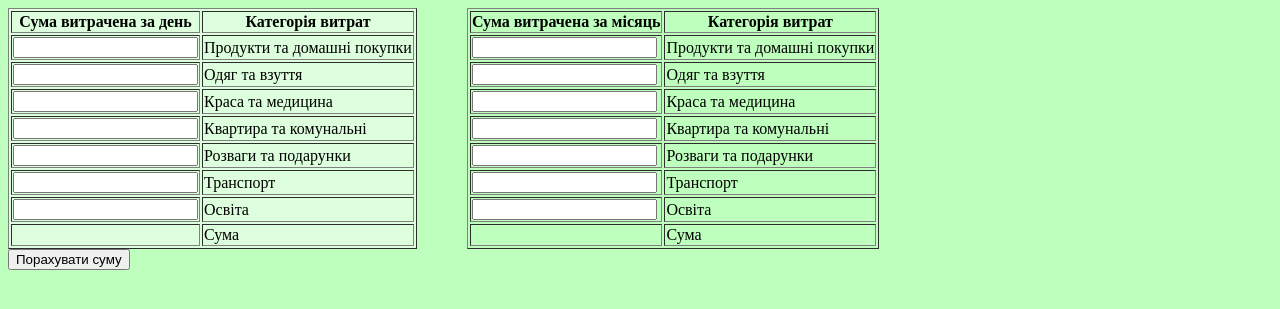
Repository: alexandrastarovoyda-star/Planer2
Page: index.html
An editor plug-in stored every save of this project. The page is shown before and after the next save, followed by the edit.
The browser window is 1280 px wide. The pictures show the whole page.

Above is the page before, as saved 2026-03-28 20:32:59.

### index.html
<!DOCTYPE html>
<html lang="uk">
    <head>
            <meta charset="UTF-8">
            <title>Планер бюджету</title>
            <link rel="stylesheet" href="css/all.css">
            <link rel="stylesheet" href="css/index.css">
    </head>
    <body>
        <div class="table_ghorisontal">
            <div>
            <table border="1" class="table_calculator" id="day_spend_table">
                <tr>
                    <th>Сума витрачена за день</th>
                    <th>Категорія витрат</th>
                </tr>
            </table>
            <button id="Calculate_sum">Порахувати суму</button>
            </div>
            <div>
            <table border="1" class="table_calculator" id="month_spend_table">
                <tr>
                    <th>Сума витрачена за місяць</th>
                    <th>Категорія витрат</th>
                </tr>
            </table>
            </div>
        </div>
    <script src="js/index.js"></script>
    </body>
</html>

### css/all.css
body{
    background: rgba(172, 255, 172, 0.781);
}

### css/index.css
#day_spend_table{
    background: rgba(255, 255, 255, 0.466);
}

.table_ghorisontal{
    display: flex;
    gap: 50px;
}

### js/index.js
{
    const categories = ['Продукти та домашні покупки', 'Одяг та взуття', 'Краса та медицина', 'Квартира та комунальні', 'Розваги та подарунки', 'Транспорт', 'Освіта'];

    categories.forEach(Myfunction);
    LoadData();

    function Myfunction(value, id){
        const tr = document.createElement('tr');
        const td1 = document.createElement('td');
        const td2 = document.createElement('td');
        const input = document.createElement('input');
        input.type = 'number';
        input.id = `input_${id}_day_spend_table`;
        input.addEventListener('input', SaveData);
        td2.textContent = value;
        td1.appendChild(input);
        tr.appendChild(td1);
        tr.appendChild(td2);
        document.getElementById('day_spend_table').appendChild(tr);
    };

    const tr = document.createElement('tr');
    const td1 = document.createElement('td');
    const td2 = document.createElement('td');
    td1.id = `sum_day`;
    td2.textContent = 'Сума';
    tr.appendChild(td1);
    tr.appendChild(td2);
    document.getElementById('day_spend_table').appendChild(tr);

    function CalculeteSum(){
        let sum = 0;
        const inputs = document.querySelectorAll('#day_spend_table input');

        inputs.forEach(function(input){
            const value = Number(input.value);
            if(!isNaN(value)){
                sum += value;
            };
        });
        document.getElementById('sum1').textContent = sum;
    };

    document.getElementById('Calculate_sum').onclick = CalculeteSum;

    function SaveData(){
        const inputs = document.querySelectorAll('#day_spend_table input');
        inputs.forEach(function (input){
            localStorage.setItem(input.id, input.value);
        });
    };

    function LoadData (){
        const inputs = document.querySelectorAll('#day_spend_table input');
        inputs.forEach(function(input){
            const saved = localStorage.getItem(input.id);
            if(saved !== null)
                input.value = saved;
        });
    };
}

{
    const categories = ['Продукти та домашні покупки', 'Одяг та взуття', 'Краса та медицина', 'Квартира та комунальні', 'Розваги та подарунки', 'Транспорт', 'Освіта'];

    categories.forEach(Myfunction);
    LoadData();

    function Myfunction(value, id){
        const tr = document.createElement('tr');
        const td1 = document.createElement('td');
        const td2 = document.createElement('td');
        const input = document.createElement('input');
        input.type = 'number';
        input.id = `input_${id}_month_spend_table`;
        input.addEventListener('input', SaveData);
        td2.textContent = value;
        td1.appendChild(input);
        tr.appendChild(td1);
        tr.appendChild(td2);
        document.getElementById('month_spend_table').appendChild(tr);
    };

    const tr = document.createElement('tr');
    const td1 = document.createElement('td');
    const td2 = document.createElement('td');
    td1.id = `sum_month`;
    td2.textContent = 'Сума';
    tr.appendChild(td1);
    tr.appendChild(td2);
    document.getElementById('month_spend_table').appendChild(tr);
}

After the next save:
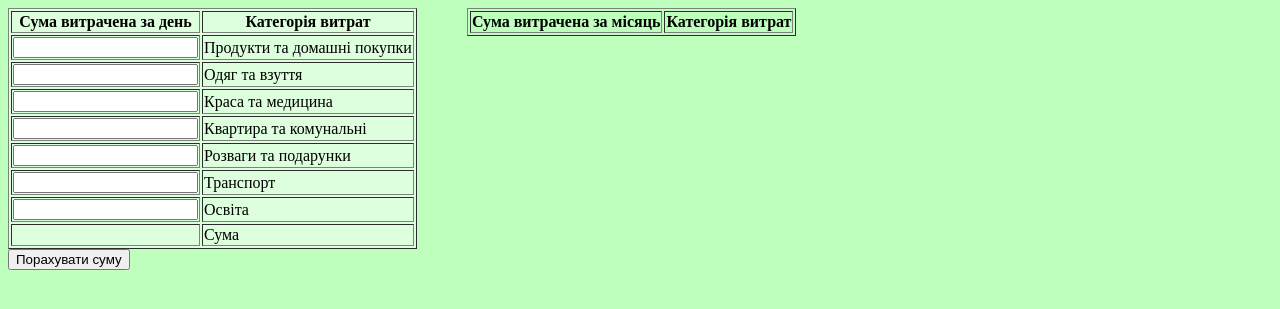
Console error: ReferenceError: categories is not defined
Saved 26 s later.
--- a/js/index.js
+++ b/js/index.js
@@ -61,8 +61,6 @@
 }
 
 {
-    const categories = ['Продукти та домашні покупки', 'Одяг та взуття', 'Краса та медицина', 'Квартира та комунальні', 'Розваги та подарунки', 'Транспорт', 'Освіта'];
-
     categories.forEach(Myfunction);
     LoadData();
 

After the save that followed:
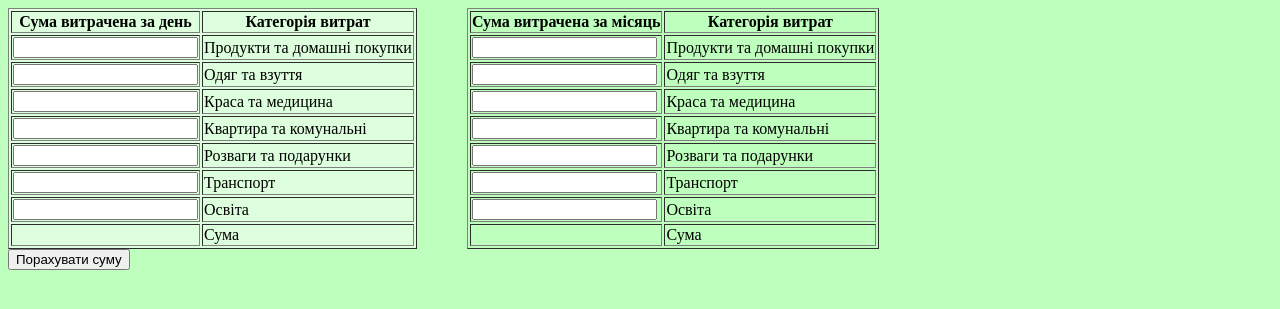
The error is gone.
Saved 11 s later.
--- a/js/index.js
+++ b/js/index.js
@@ -1,5 +1,5 @@
 {
-    const categories = ['Продукти та домашні покупки', 'Одяг та взуття', 'Краса та медицина', 'Квартира та комунальні', 'Розваги та подарунки', 'Транспорт', 'Освіта'];
+    var categories = ['Продукти та домашні покупки', 'Одяг та взуття', 'Краса та медицина', 'Квартира та комунальні', 'Розваги та подарунки', 'Транспорт', 'Освіта'];
 
     categories.forEach(Myfunction);
     LoadData();
